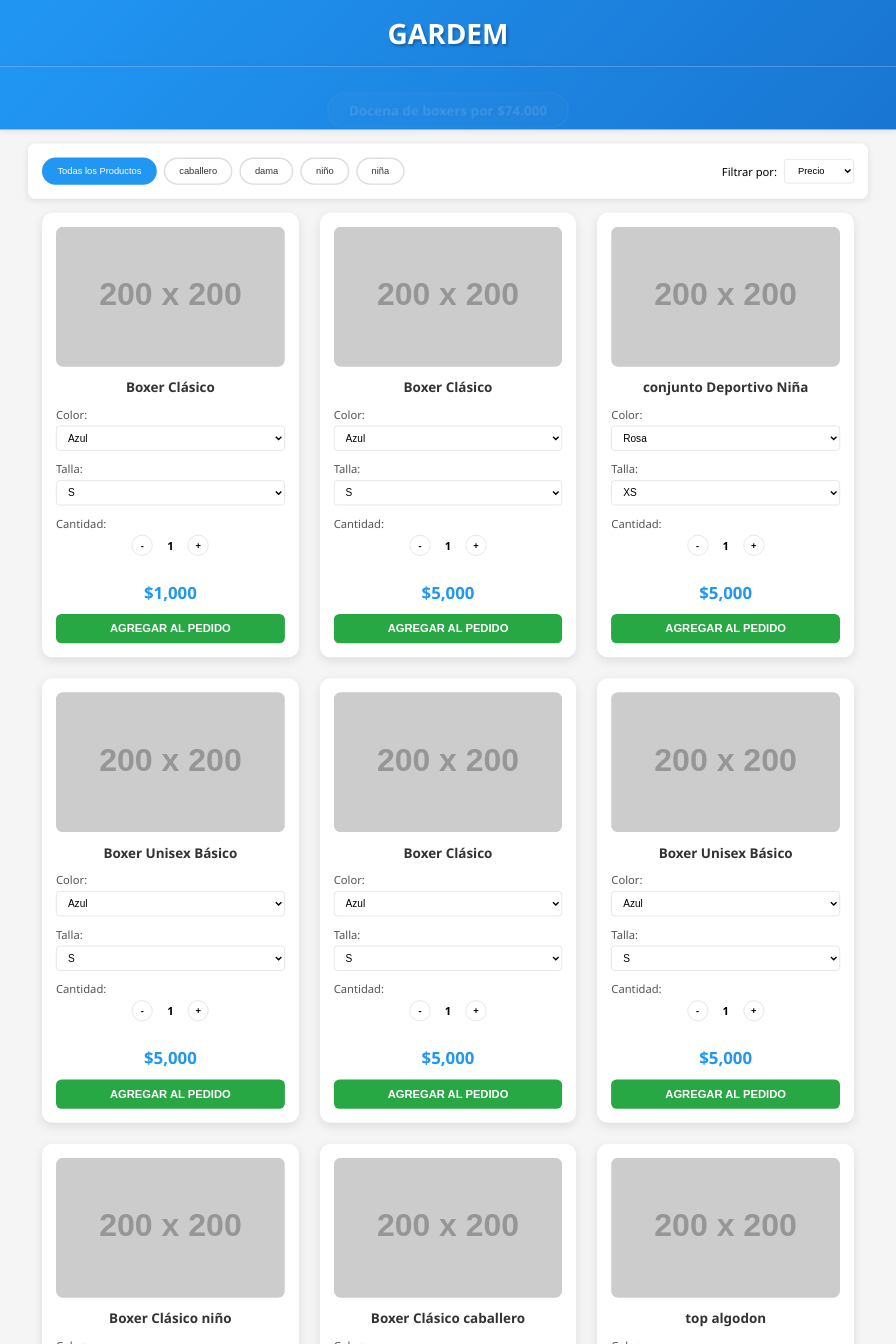
Repository: dasalgar123/gardem_react
Page: /
An editor plug-in stored every save of this project. The page is shown before and after the next save, followed by the edit.
The browser window is 1280 px wide. The pictures show the part of the page from y = 0 to 1920 px (the page is 2984 px tall before and 3092 px after), at 70% of full size.
The project was rebuilt for these pictures with package versions that can differ from the ones it lists, and the page was loaded fresh each time.

Above is the page before, as saved 2025-08-02 17:16:52.

### src/App.js
import React, { useState, useEffect } from 'react';
import './App.css';

function App() {
  // Estado para el carrito de compras
  const [carrito, setCarrito] = useState([]);
  const [filtroCategoria, setFiltroCategoria] = useState('Todas los Productos');
  const [promocionActual, setPromocionActual] = useState(0);

  // Promociones para el carrusel
  const promociones = [
    "Envíos a todo el país!",
    "Envíos gratis a Cúcuta centro",
    "Docena de boxers por $74.000",
    "Aprovecha nuestras promociones!"
  ];

  // Carrusel automático de promociones
  useEffect(() => {
    const interval = setInterval(() => {
      setPromocionActual((prev) => (prev + 1) % promociones.length);
    }, 3000); // Cambia cada 3 segundos

    return () => clearInterval(interval);
  }, [promociones.length]);

  // Datos de productos de Gardem
  const productos = [
    {
      id: 1,
      nombre: "Boxer Clásico",
      precio: 1000,
      categoria: "caballero",
      imagen: "https://via.placeholder.com/200x200/0066cc/ffffff?text=Boxer+Azul",
      colores: ["Azul", "Rojo", "Verde", "Negro"],
      tallas: ["S", "M", "L", "XL"]
    },
    {
      id: 2,
      nombre: "Boxer Clásico",
      precio: 5000,
      categoria: "caballero",
      imagen: "https://via.placeholder.com/200x200/cc0000/ffffff?text=Boxer+Rojo",
      colores: ["Azul", "Rojo", "Verde", "Negro"],
      tallas: ["S", "M", "L", "XL"]
    },
    {
      id: 3,
      nombre: "conjunto Deportivo Niña",
      precio: 5000,
      categoria: "niña",
      imagen: "https://via.placeholder.com/200x200/ff99cc/ffffff?text=Conjunto+Niña",
      colores: ["Rosa", "Azul", "Verde"],
      tallas: ["XS", "S", "M", "L"]
    },
    {
      id: 4,
      nombre: "Boxer Unisex Básico",
      precio: 5000,
      categoria: "caballero",
      imagen: "https://via.placeholder.com/200x200/99cc00/ffffff?text=Boxer+Verde",
      colores: ["Azul", "Rojo", "Verde", "Negro"],
      tallas: ["S", "M", "L", "XL"]
    },
    {
      id: 5,
      nombre: "Boxer Clásico",
      precio: 5000,
      categoria: "caballero",
      imagen: "https://via.placeholder.com/200x200/00cc00/ffffff?text=Boxer+Verde",
      colores: ["Azul", "Rojo", "Verde", "Negro"],
      tallas: ["S", "M", "L", "XL"]
    },
    {
      id: 6,
      nombre: "Boxer Unisex Básico",
      precio: 5000,
      categoria: "caballero",
      imagen: "https://via.placeholder.com/200x200/00cccc/ffffff?text=Boxer+Teal",
      colores: ["Azul", "Rojo", "Verde", "Negro"],
      tallas: ["S", "M", "L", "XL"]
    },
    {
      id: 7,
      nombre: "Boxer Clásico niño",
      precio: 5000,
      categoria: "niño",
      imagen: "https://via.placeholder.com/200x200/6699ff/ffffff?text=Boxer+Niño",
      colores: ["Azul", "Rojo", "Verde", "Negro"],
      tallas: ["XS", "S", "M", "L"]
    },
    {
      id: 8,
      nombre: "Boxer Clásico caballero",
      precio: 5000,
      categoria: "caballero",
      imagen: "https://via.placeholder.com/200x200/003366/ffffff?text=Boxer+Azul+Oscuro",
      colores: ["Azul", "Rojo", "Verde", "Negro"],
      tallas: ["S", "M", "L", "XL"]
    },
    {
      id: 9,
      nombre: "top algodon",
      precio: 10000,
      categoria: "dama",
      imagen: "https://via.placeholder.com/200x200/ffcc99/ffffff?text=Top+Algodón",
      colores: ["Rosa", "Azul", "Verde", "Negro"],
      tallas: ["XS", "S", "M", "L", "XL"]
    },
    {
      id: 10,
      nombre: "top niña",
      precio: 10000,
      categoria: "niña",
      imagen: "https://via.placeholder.com/200x200/ff99cc/ffffff?text=Top+Niña",
      colores: ["Rosa", "Azul", "Verde", "Amarillo"],
      tallas: ["XS", "S", "M", "L"]
    },
    {
      id: 11,
      nombre: "pantalon",
      precio: 5000,
      categoria: "caballero",
      imagen: "https://via.placeholder.com/200x200/999999/ffffff?text=Pantalón",
      colores: ["Negro", "Azul", "Gris"],
      tallas: ["S", "M", "L", "XL"]
    }
  ];

  // Filtrar productos por categoría
  const productosFiltrados = filtroCategoria === 'Todas los Productos'
    ? productos
    : productos.filter(p => p.categoria === filtroCategoria);

  // Agregar producto al carrito
  const agregarAlCarrito = (producto, color, talla, cantidad) => {
    const item = {
      ...producto,
      color,
      talla,
      cantidad: parseInt(cantidad)
    };
    setCarrito([...carrito, item]);
  };

  // Calcular total del carrito
  const totalCarrito = carrito.reduce((total, item) => total + (item.precio * item.cantidad), 0);

  return (
    <div className="App">
      {/* Header */}
      <header className="header">
        <div className="header-content">
          <h1 className="logo">GARDEM</h1>
        </div>
      </header>

      {/* Carrusel de Promociones */}
      <div className="carrusel-container">
        <div className="carrusel-promociones">
          <p className="promocion-activa">{promociones[promocionActual]}</p>
        </div>
      </div>

      {/* Filtros */}
      <div className="filtros">
        <div className="filtro-categorias">
          <button
            className={filtroCategoria === 'Todas los Productos' ? 'activo' : ''}
            onClick={() => setFiltroCategoria('Todas los Productos')}
          >
            Todas los Productos
          </button>
          <button
            className={filtroCategoria === 'caballero' ? 'activo' : ''}
            onClick={() => setFiltroCategoria('caballero')}
          >
            caballero
          </button>
          <button
            className={filtroCategoria === 'dama' ? 'activo' : ''}
            onClick={() => setFiltroCategoria('dama')}
          >
            dama
          </button>
          <button
            className={filtroCategoria === 'niño' ? 'activo' : ''}
            onClick={() => setFiltroCategoria('niño')}
          >
            niño
          </button>
          <button
            className={filtroCategoria === 'niña' ? 'activo' : ''}
            onClick={() => setFiltroCategoria('niña')}
          >
            niña
          </button>
        </div>
        <div className="filtro-extra">
          <span>Filtrar por:</span>
          <select>
            <option>Precio</option>
            <option>Nombre</option>
          </select>
        </div>
      </div>

      {/* Grid de Productos */}
      <div className="productos-grid">
        {productosFiltrados.map((producto) => (
          <ProductoCard
            key={producto.id}
            producto={producto}
            onAgregar={agregarAlCarrito}
          />
        ))}
      </div>

      {/* Carrito */}
      {carrito.length > 0 && (
        <div className="carrito">
          <h3>Tu Pedido ({carrito.length} productos)</h3>
          <div className="carrito-items">
            {carrito.map((item, index) => (
              <div key={index} className="carrito-item">
                <img src={item.imagen} alt={item.nombre} />
                <div>
                  <h4>{item.nombre}</h4>
                  <p>Color: {item.color} | Talla: {item.talla}</p>
                  <p>Cantidad: {item.cantidad}</p>
                  <p>Precio: ${item.precio.toLocaleString()}</p>
                </div>
              </div>
            ))}
          </div>
          <div className="carrito-total">
            <h4>Total: ${totalCarrito.toLocaleString()}</h4>
            <button className="btn-whatsapp">
              Enviar Pedido por WhatsApp
            </button>
          </div>
        </div>
      )}
    </div>
  );
}

// Componente ProductoCard
function ProductoCard({ producto, onAgregar }) {
  const [color, setColor] = useState(producto.colores[0]);
  const [talla, setTalla] = useState(producto.tallas[0]);
  const [cantidad, setCantidad] = useState(1);

  const handleAgregar = () => {
    onAgregar(producto, color, talla, cantidad);
  };

  return (
    <div className="producto-card">
      <img src={producto.imagen} alt={producto.nombre} />
      <h3>{producto.nombre}</h3>

      <div className="producto-opciones">
        <div className="opcion">
          <label>Color:</label>
          <select value={color} onChange={(e) => setColor(e.target.value)}>
            {producto.colores.map(c => (
              <option key={c} value={c}>{c}</option>
            ))}
          </select>
        </div>

        <div className="opcion">
          <label>Talla:</label>
          <select value={talla} onChange={(e) => setTalla(e.target.value)}>
            {producto.tallas.map(t => (
              <option key={t} value={t}>{t}</option>
            ))}
          </select>
        </div>

        <div className="opcion">
          <label>Cantidad:</label>
          <div className="cantidad-control">
            <button onClick={() => setCantidad(Math.max(1, cantidad - 1))}>-</button>
            <span>{cantidad}</span>
            <button onClick={() => setCantidad(cantidad + 1)}>+</button>
          </div>
        </div>
      </div>

      <div className="producto-precio">
        <span className="precio">${producto.precio.toLocaleString()}</span>
      </div>

      <button className="btn-agregar" onClick={handleAgregar}>
        AGREGAR AL PEDIDO
      </button>
    </div>
  );
}

export default App;

### src/App.css
/* Estilos generales */
* {
  margin: 0;
  padding: 0;
  box-sizing: border-box;
}

body {
  font-family: 'Segoe UI', Tahoma, Geneva, Verdana, sans-serif;
  background-color: #f5f5f5;
}

.App {
  min-height: 100vh;
}

/* Header */
.header {
  background: linear-gradient(135deg, #2196F3 0%, #1976D2 100%);
  color: white;
  padding: 20px 0;
  box-shadow: 0 2px 10px rgba(0,0,0,0.1);
}

.header-content {
  max-width: 1200px;
  margin: 0 auto;
  padding: 0 20px;
  display: flex;
  justify-content: center;
  align-items: center;
}

.logo {
  font-size: 2.5rem;
  font-weight: bold;
  text-shadow: 2px 2px 4px rgba(0,0,0,0.3);
}

/* Carrusel de Promociones */
.carrusel-container {
  width: 100%;
  background: linear-gradient(135deg, #2196F3 0%, #1976D2 100%);
  padding: 15px 0;
  box-shadow: 0 2px 10px rgba(0,0,0,0.1);
}

.carrusel-promociones {
  width: 100%;
  display: flex;
  justify-content: center;
  align-items: center;
  height: 60px;
}

.promocion-activa {
  margin: 0;
  font-size: 1.2rem;
  font-weight: 600;
  color: white;
  animation: fadeInOut 3s ease-in-out infinite;
  text-align: center;
  padding: 10px 30px;
  background: rgba(255,255,255,0.15);
  border-radius: 30px;
  backdrop-filter: blur(10px);
  border: 2px solid rgba(255,255,255,0.3);
  text-shadow: 1px 1px 2px rgba(0,0,0,0.3);
}

@keyframes fadeInOut {
  0%, 100% {
    opacity: 0;
    transform: translateY(20px);
  }
  10%, 90% {
    opacity: 1;
    transform: translateY(0);
  }
}

/* Filtros */
.filtros {
  background: white;
  padding: 20px;
  margin: 20px auto;
  max-width: 1200px;
  border-radius: 10px;
  box-shadow: 0 2px 10px rgba(0,0,0,0.1);
  display: flex;
  justify-content: space-between;
  align-items: center;
  flex-wrap: wrap;
  gap: 20px;
}

.filtro-categorias {
  display: flex;
  gap: 10px;
  flex-wrap: wrap;
}

.filtro-categorias button {
  padding: 10px 20px;
  border: 2px solid #ddd;
  background: white;
  color: #333;
  border-radius: 25px;
  cursor: pointer;
  transition: all 0.3s ease;
  font-weight: 500;
}

.filtro-categorias button:hover {
  border-color: #2196F3;
  color: #2196F3;
}

.filtro-categorias button.activo {
  background: #2196F3;
  color: white;
  border-color: #2196F3;
}

.filtro-extra {
  display: flex;
  align-items: center;
  gap: 10px;
}

.filtro-extra select {
  padding: 8px 15px;
  border: 1px solid #ddd;
  border-radius: 5px;
  background: white;
}

/* Grid de Productos */
.productos-grid {
  max-width: 1200px;
  margin: 0 auto;
  padding: 0 20px;
  display: grid;
  grid-template-columns: repeat(auto-fill, minmax(280px, 1fr));
  gap: 30px;
  margin-bottom: 50px;
}

/* Tarjeta de Producto */
.producto-card {
  background: white;
  border-radius: 15px;
  padding: 20px;
  box-shadow: 0 5px 15px rgba(0,0,0,0.1);
  transition: transform 0.3s ease, box-shadow 0.3s ease;
  display: flex;
  flex-direction: column;
}

.producto-card:hover {
  transform: translateY(-5px);
  box-shadow: 0 10px 25px rgba(0,0,0,0.15);
}

.producto-card img {
  width: 100%;
  height: 200px;
  object-fit: cover;
  border-radius: 10px;
  margin-bottom: 15px;
}

.producto-card h3 {
  font-size: 1.2rem;
  margin-bottom: 15px;
  color: #333;
  text-align: center;
}

.producto-opciones {
  margin-bottom: 20px;
}

.opcion {
  margin-bottom: 15px;
}

.opcion label {
  display: block;
  margin-bottom: 5px;
  font-weight: 500;
  color: #555;
}

.opcion select {
  width: 100%;
  padding: 8px 12px;
  border: 1px solid #ddd;
  border-radius: 5px;
  background: white;
  font-size: 0.9rem;
}

.cantidad-control {
  display: flex;
  align-items: center;
  gap: 10px;
  justify-content: center;
}

.cantidad-control button {
  width: 30px;
  height: 30px;
  border: 1px solid #ddd;
  background: white;
  border-radius: 50%;
  cursor: pointer;
  font-weight: bold;
  transition: all 0.3s ease;
}

.cantidad-control button:hover {
  background: #2196F3;
  color: white;
  border-color: #2196F3;
}

.cantidad-control span {
  font-weight: bold;
  min-width: 30px;
  text-align: center;
}

.producto-precio {
  text-align: center;
  margin-bottom: 15px;
}

.precio {
  font-size: 1.5rem;
  font-weight: bold;
  color: #2196F3;
}

.btn-agregar {
  width: 100%;
  padding: 12px;
  background: #28a745;
  color: white;
  border: none;
  border-radius: 8px;
  font-weight: bold;
  cursor: pointer;
  transition: background 0.3s ease;
  font-size: 1rem;
}

.btn-agregar:hover {
  background: #218838;
}

/* Carrito */
.carrito {
  position: fixed;
  bottom: 0;
  left: 0;
  right: 0;
  background: white;
  border-top: 3px solid #2196F3;
  padding: 20px;
  box-shadow: 0 -5px 15px rgba(0,0,0,0.1);
  max-height: 60vh;
  overflow-y: auto;
}

.carrito h3 {
  color: #333;
  margin-bottom: 15px;
  text-align: center;
}

.carrito-items {
  display: grid;
  grid-template-columns: repeat(auto-fill, minmax(250px, 1fr));
  gap: 15px;
  margin-bottom: 20px;
}

.carrito-item {
  display: flex;
  gap: 15px;
  padding: 15px;
  background: #f8f9fa;
  border-radius: 10px;
  align-items: center;
}

.carrito-item img {
  width: 60px;
  height: 60px;
  object-fit: cover;
  border-radius: 5px;
}

.carrito-item h4 {
  font-size: 1rem;
  margin-bottom: 5px;
  color: #333;
}

.carrito-item p {
  font-size: 0.9rem;
  color: #666;
  margin: 2px 0;
}

.carrito-total {
  text-align: center;
  border-top: 2px solid #eee;
  padding-top: 15px;
}

.carrito-total h4 {
  font-size: 1.3rem;
  color: #2196F3;
  margin-bottom: 15px;
}

.btn-whatsapp {
  background: #25d366;
  color: white;
  border: none;
  padding: 12px 25px;
  border-radius: 25px;
  font-weight: bold;
  cursor: pointer;
  transition: background 0.3s ease;
  font-size: 1rem;
}

.btn-whatsapp:hover {
  background: #128c7e;
}

/* Responsive */
@media (max-width: 768px) {
  .header-content {
    flex-direction: column;
    text-align: center;
    gap: 15px;
  }

  .logo {
    font-size: 2rem;
  }

  .carrusel-promociones {
    height: 50px;
  }

  .promocion-activa {
    font-size: 1rem;
    padding: 8px 20px;
  }

  .filtros {
    flex-direction: column;
    align-items: stretch;
  }

  .filtro-categorias {
    justify-content: center;
  }

  .productos-grid {
    grid-template-columns: repeat(auto-fill, minmax(250px, 1fr));
    gap: 20px;
  }

  .carrito-items {
    grid-template-columns: 1fr;
  }
}

Loaded but not shown: public/index.html (common file); src/index.js (common file); src/index.css (common file); src/reportWebVitals.js (common file)

After the next save:
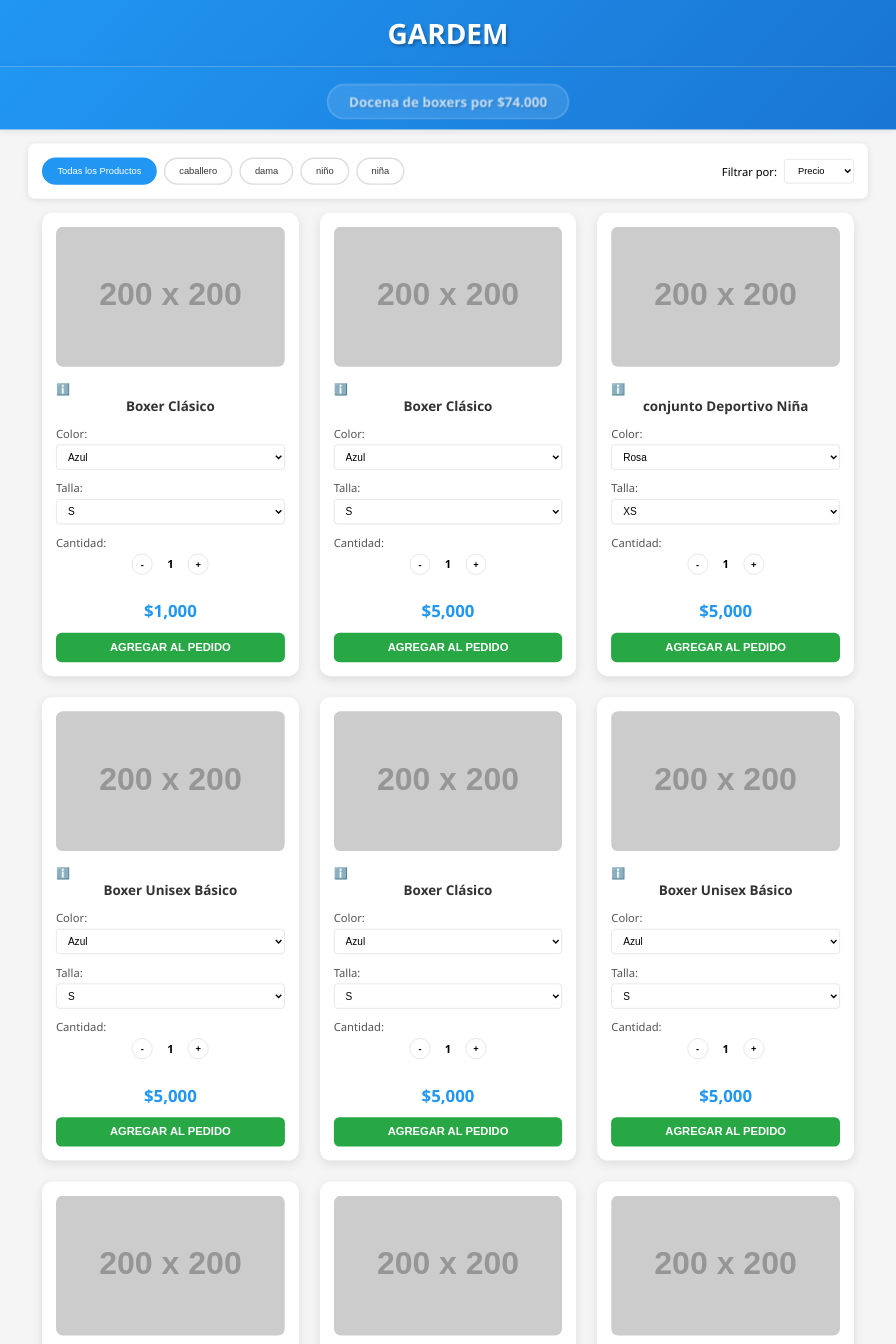
Saved 3 min 3 s later.
--- a/src/App.js
+++ b/src/App.js
@@ -33,7 +33,12 @@
       categoria: "caballero",
       imagen: "https://via.placeholder.com/200x200/0066cc/ffffff?text=Boxer+Azul",
       colores: ["Azul", "Rojo", "Verde", "Negro"],
-      tallas: ["S", "M", "L", "XL"]
+      tallas: ["S", "M", "L", "XL"],
+      meta: {
+        material: "Algodón 95%",
+        origen: "Colombia",
+        garantia: "30 días"
+      }
     },
     {
       id: 2,
@@ -42,7 +47,12 @@
       categoria: "caballero",
       imagen: "https://via.placeholder.com/200x200/cc0000/ffffff?text=Boxer+Rojo",
       colores: ["Azul", "Rojo", "Verde", "Negro"],
-      tallas: ["S", "M", "L", "XL"]
+      tallas: ["S", "M", "L", "XL"],
+      meta: {
+        material: "Algodón 95%",
+        origen: "Colombia",
+        garantia: "30 días"
+      }
     },
     {
       id: 3,
@@ -51,7 +61,12 @@
       categoria: "niña",
       imagen: "https://via.placeholder.com/200x200/ff99cc/ffffff?text=Conjunto+Niña",
       colores: ["Rosa", "Azul", "Verde"],
-      tallas: ["XS", "S", "M", "L"]
+      tallas: ["XS", "S", "M", "L"],
+      meta: {
+        material: "Poliester 85%",
+        origen: "Colombia",
+        garantia: "30 días"
+      }
     },
     {
       id: 4,
@@ -60,7 +75,12 @@
       categoria: "caballero",
       imagen: "https://via.placeholder.com/200x200/99cc00/ffffff?text=Boxer+Verde",
       colores: ["Azul", "Rojo", "Verde", "Negro"],
-      tallas: ["S", "M", "L", "XL"]
+      tallas: ["S", "M", "L", "XL"],
+      meta: {
+        material: "Algodón 95%",
+        origen: "Colombia",
+        garantia: "30 días"
+      }
     },
     {
       id: 5,
@@ -69,7 +89,12 @@
       categoria: "caballero",
       imagen: "https://via.placeholder.com/200x200/00cc00/ffffff?text=Boxer+Verde",
       colores: ["Azul", "Rojo", "Verde", "Negro"],
-      tallas: ["S", "M", "L", "XL"]
+      tallas: ["S", "M", "L", "XL"],
+      meta: {
+        material: "Algodón 95%",
+        origen: "Colombia",
+        garantia: "30 días"
+      }
     },
     {
       id: 6,
@@ -78,7 +103,12 @@
       categoria: "caballero",
       imagen: "https://via.placeholder.com/200x200/00cccc/ffffff?text=Boxer+Teal",
       colores: ["Azul", "Rojo", "Verde", "Negro"],
-      tallas: ["S", "M", "L", "XL"]
+      tallas: ["S", "M", "L", "XL"],
+      meta: {
+        material: "Algodón 95%",
+        origen: "Colombia",
+        garantia: "30 días"
+      }
     },
     {
       id: 7,
@@ -87,7 +117,12 @@
       categoria: "niño",
       imagen: "https://via.placeholder.com/200x200/6699ff/ffffff?text=Boxer+Niño",
       colores: ["Azul", "Rojo", "Verde", "Negro"],
-      tallas: ["XS", "S", "M", "L"]
+      tallas: ["XS", "S", "M", "L"],
+      meta: {
+        material: "Algodón 95%",
+        origen: "Colombia",
+        garantia: "30 días"
+      }
     },
     {
       id: 8,
@@ -96,7 +131,12 @@
       categoria: "caballero",
       imagen: "https://via.placeholder.com/200x200/003366/ffffff?text=Boxer+Azul+Oscuro",
       colores: ["Azul", "Rojo", "Verde", "Negro"],
-      tallas: ["S", "M", "L", "XL"]
+      tallas: ["S", "M", "L", "XL"],
+      meta: {
+        material: "Algodón 95%",
+        origen: "Colombia",
+        garantia: "30 días"
+      }
     },
     {
       id: 9,
@@ -105,7 +145,12 @@
       categoria: "dama",
       imagen: "https://via.placeholder.com/200x200/ffcc99/ffffff?text=Top+Algodón",
       colores: ["Rosa", "Azul", "Verde", "Negro"],
-      tallas: ["XS", "S", "M", "L", "XL"]
+      tallas: ["XS", "S", "M", "L", "XL"],
+      meta: {
+        material: "Algodón 100%",
+        origen: "Colombia",
+        garantia: "30 días"
+      }
     },
     {
       id: 10,
@@ -114,7 +159,12 @@
       categoria: "niña",
       imagen: "https://via.placeholder.com/200x200/ff99cc/ffffff?text=Top+Niña",
       colores: ["Rosa", "Azul", "Verde", "Amarillo"],
-      tallas: ["XS", "S", "M", "L"]
+      tallas: ["XS", "S", "M", "L"],
+      meta: {
+        material: "Algodón 100%",
+        origen: "Colombia",
+        garantia: "30 días"
+      }
     },
     {
       id: 11,
@@ -123,7 +173,12 @@
       categoria: "caballero",
       imagen: "https://via.placeholder.com/200x200/999999/ffffff?text=Pantalón",
       colores: ["Negro", "Azul", "Gris"],
-      tallas: ["S", "M", "L", "XL"]
+      tallas: ["S", "M", "L", "XL"],
+      meta: {
+        material: "Algodón 95%",
+        origen: "Colombia",
+        garantia: "30 días"
+      }
     }
   ];
 
@@ -250,6 +305,7 @@
   const [color, setColor] = useState(producto.colores[0]);
   const [talla, setTalla] = useState(producto.tallas[0]);
   const [cantidad, setCantidad] = useState(1);
+  const [mostrarMeta, setMostrarMeta] = useState(false);
 
   const handleAgregar = () => {
     onAgregar(producto, color, talla, cantidad);
@@ -257,7 +313,23 @@
 
   return (
     <div className="producto-card">
-      <img src={producto.imagen} alt={producto.nombre} />
+      <div className="producto-imagen-container">
+        <img src={producto.imagen} alt={producto.nombre} />
+        <div className="meta-overlay" onClick={() => setMostrarMeta(!mostrarMeta)}>
+          <span className="meta-icon">ℹ️</span>
+        </div>
+        {mostrarMeta && (
+          <div className="meta-info">
+            <h4>Información del Producto</h4>
+            <p><strong>Material:</strong> {producto.meta.material}</p>
+            <p><strong>Origen:</strong> {producto.meta.origen}</p>
+            <p><strong>Garantía:</strong> {producto.meta.garantia}</p>
+            <button className="cerrar-meta" onClick={() => setMostrarMeta(false)}>
+              ✕
+            </button>
+          </div>
+        )}
+      </div>
       <h3>{producto.nombre}</h3>
 
       <div className="producto-opciones">
